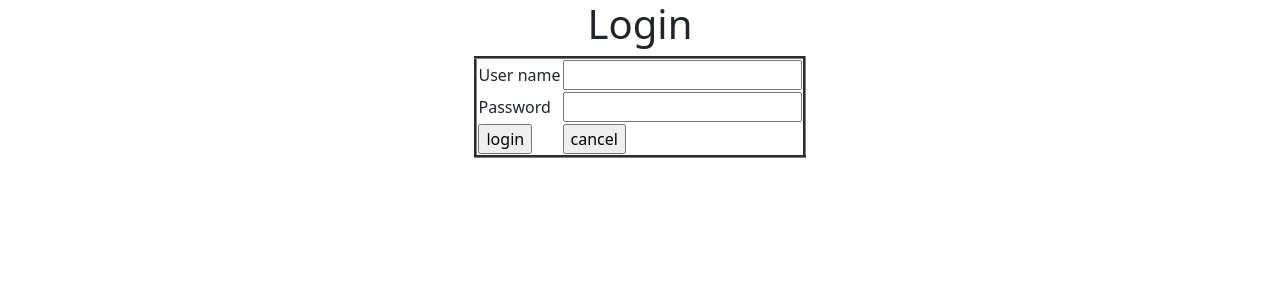
Repository: VOVALDASBHAVYA/SecondCommitedADVjava_servlets
Page: servltesProject/RequestDispatcherDemo/src/main/webapp/login.html
An editor plug-in stored every save of this project. The page is shown before and after the next save, followed by the edit.
The browser window is 1280 px wide. The pictures show the whole page.

Above is the page before, as saved 2022-10-17 12:00:30.

After the next save:
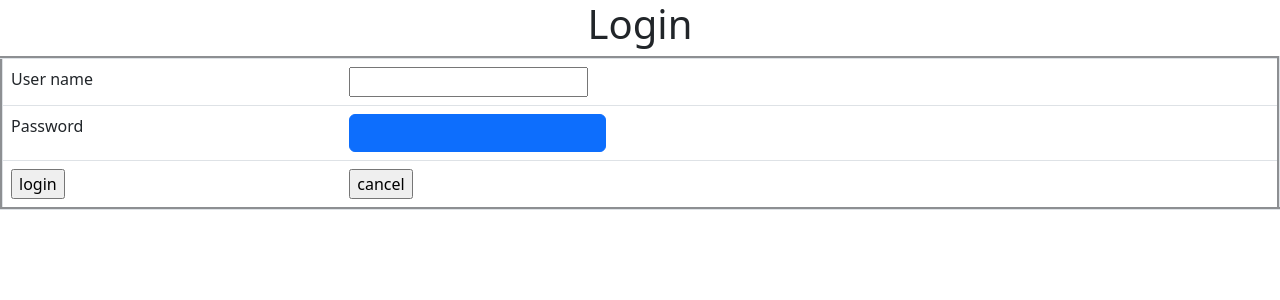
Saved 2 min 16 s later.
--- a/servltesProject/RequestDispatcherDemo/src/main/webapp/login.html
+++ b/servltesProject/RequestDispatcherDemo/src/main/webapp/login.html
@@ -12,14 +12,14 @@
 <body>
 <center><h1>Login </h1></center>
 <form action="./login" method="post">
-<table border="3" align="center">
+<table border="3" align="center" class="table">
 <tr>
 <td>User name</td>
-<td><input type="text" name="uname"/></td>
+<td><input type="text" name="uname" CLASS="FORM-CONTROL"/></td>
 </tr>
 <tr>
 <td>Password</td>
-<td><input type="password" name="pwd"/></td>
+<td><input type="password" name="pwd" class="btn btn-primary"/></td>
 </tr>
 <tr>
 <td><input type="submit" value="login"/></td>
